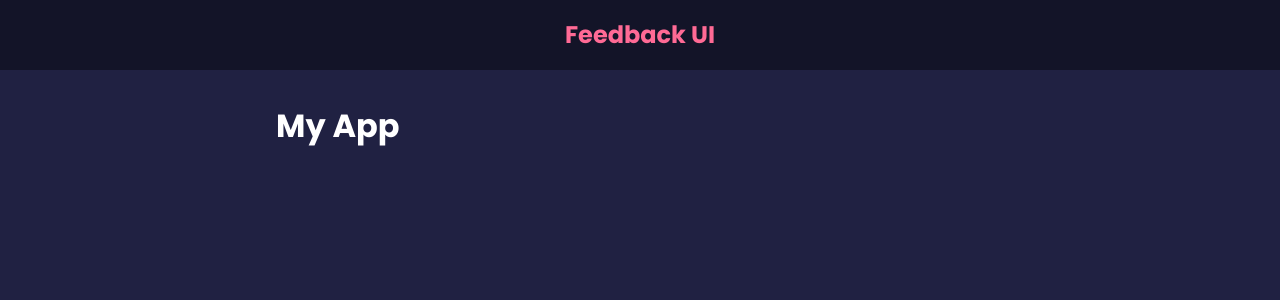
Repository: bayorwor/feedbackapp
Page: /
The author's editor kept a copy of each file at every save. The page is drawn from the files as they stood at one save, then again after the next save.
The browser window is 1280 px wide. The pictures show the whole page.
The project was rebuilt for these pictures with package versions that can differ from the ones it lists, and the page was loaded fresh each time.

Above is the page before, as saved 2022-01-30 12:13:24.

### public/index.html
<!DOCTYPE html>
<html lang="en">
  <head>
    <meta charset="utf-8" />
    <link rel="icon" href="%PUBLIC_URL%/favicon.ico" />
    <meta name="viewport" content="width=device-width, initial-scale=1" />
    <meta name="theme-color" content="#000000" />
    <meta
      name="description"
      content="Web site created using create-react-app"
    />
    <link rel="apple-touch-icon" href="%PUBLIC_URL%/logo192.png" />
    <link rel="manifest" href="%PUBLIC_URL%/manifest.json" />
    <title>feedback app</title>
  </head>
  <body>
    <noscript>You need to enable JavaScript to run this app.</noscript>
    <div id="root"></div>
  </body>
</html>

### src/App.js
import React from "react";
import Header from "./components/Header";

const App = () => {
  return (
    <>
      <Header />
      <div className="container">
        <h1>My App</h1>
      </div>
    </>
  );
};

export default App;

### src/components/Header.jsx
import React from "react";
import PropTypes from "prop-types";

const Header = ({ text, bgColor, textColor }) => {
  const headerStyle = {
    backgroundColor: bgColor,
    color: textColor,
  };

  return (
    <header style={headerStyle}>
      <div className="container">
        <h2>{text}</h2>
      </div>
    </header>
  );
};

Header.defaultProps = {
  text: "Feedback UI",
  bgColor: "rgba(0, 0, 0, 0.4)",
  textColor: "#ff6a95",
};

Header.propTypes = {
  text: PropTypes.string,
  bgColor: PropTypes.string,
  textColor: PropTypes.string,
};

export default Header;

### src/components/FeedbaackItem.jsx
import React from "react";

function FeedbaackItem() {
  return (
    <div className="card">
      <div className="num-display">10</div>
      <div className="text-display">This is an example of a feedback item.</div>
    </div>
  );
}

export default FeedbaackItem;

Loaded but not shown: src/index.js (common file); src/index.css (common file)

After the next save:
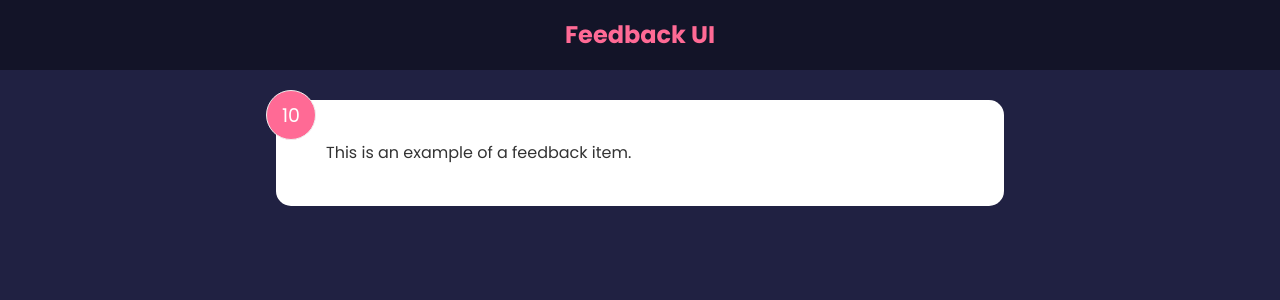
Saved 13 s later.
--- a/src/App.js
+++ b/src/App.js
@@ -1,4 +1,5 @@
 import React from "react";
+import FeedbaackItem from "./components/FeedbaackItem";
 import Header from "./components/Header";
 
 const App = () => {
@@ -6,7 +7,7 @@ const App = () => {
     <>
       <Header />
       <div className="container">
-        <h1>My App</h1>
+        <FeedbaackItem />
       </div>
     </>
   );
